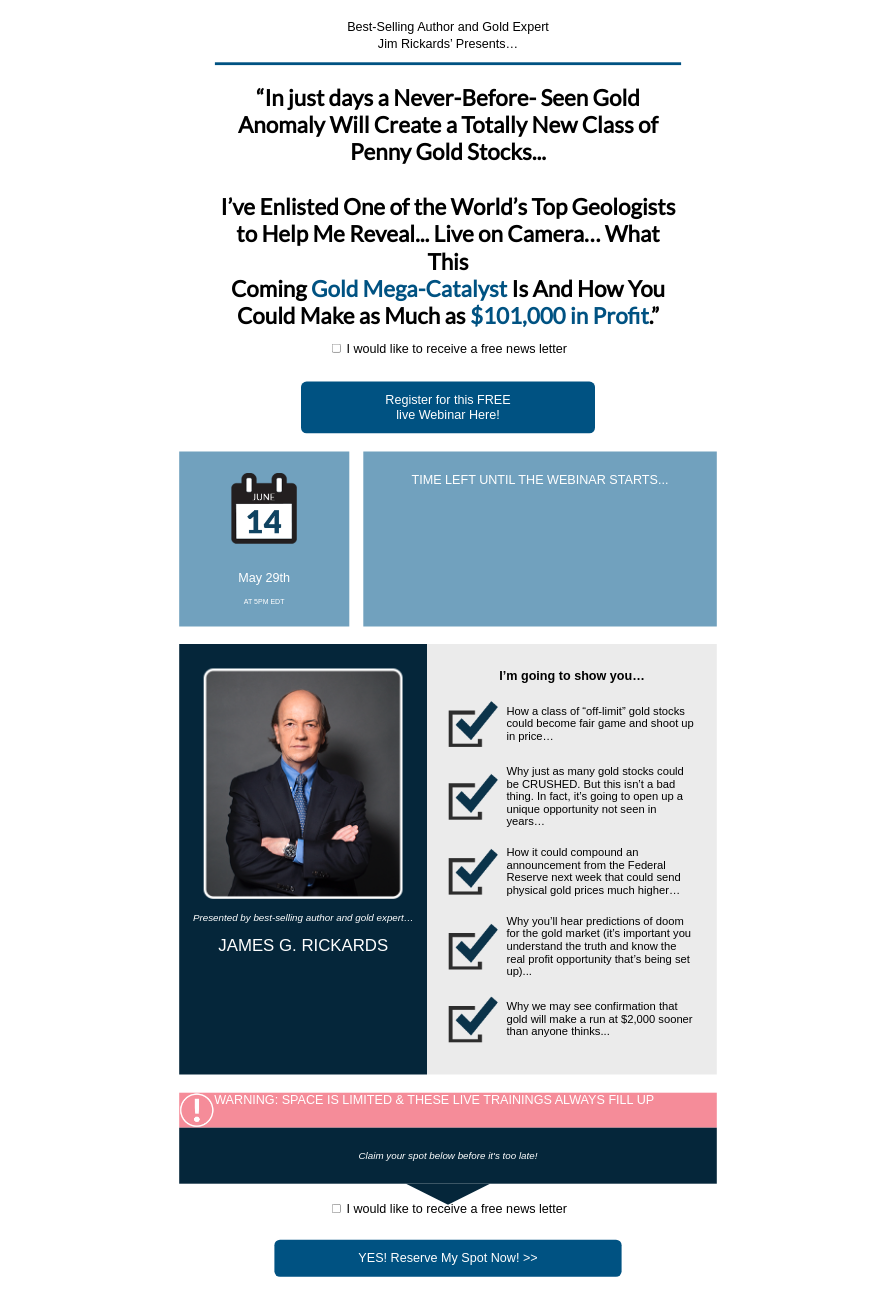
Repository: KrystellBarraza/Test
Page: index.html
An editor plug-in stored every save of this project. The page is shown before and after the next save, followed by the edit.
The browser window is 1280 px wide. The pictures show the whole page, at 70% of full size.

Above is the page before, as saved 2019-10-07 10:34:51.

### index.html
<!DOCTYPE <!DOCTYPE html>
<!--[if lt IE 7]>      <html class="no-js lt-ie9 lt-ie8 lt-ie7"> <![endif]-->
<!--[if IE 7]>         <html class="no-js lt-ie9 lt-ie8"> <![endif]-->
<!--[if IE 8]>         <html class="no-js lt-ie9"> <![endif]-->
<!--[if gt IE 8]><!--> <html class="no-js"> <!--<![endif]-->
    <head>
        <meta charset="utf-8">
        <meta http-equiv="X-UA-Compatible" content="IE=edge">
        <title>Newsletter Offer</title>
        <meta name="description" content="Newsletter">
        <meta name="viewport" content="width=device-width, initial-scale=1">
        <link href="https://fonts.googleapis.com/css?family=Lato&display=swap" rel="stylesheet">
        <link rel="stylesheet" href="style.css">
    </head>
    <body>
        <div class="container-top">
            <div class="header">
                <p>Best-Selling Author and Gold Expert<br> Jim Rickards’ Presents…</p>
            </div>

            <div class="content">
                <hr style="border: 2px solid #005282">
                <br>

                <h1>“In just days a Never-Before- Seen Gold Anomaly
                    Will Create a Totally New Class of Penny Gold Stocks...
                    <br>
                    <br>
                    I’ve Enlisted One of the World’s Top Geologists
                    to Help Me Reveal... Live on Camera… What This<br>
                    Coming <span class="highlight">Gold Mega-Catalyst</span> Is And How You Could Make
                    as Much as <span class="highlight">$101,000 in Profit</span>.”
                </h1>
                <br>

                <input type="checkbox" name="signup" value="yes"><span style="font-size: 18px; font-family: arial, sans-serif;"> I would like to receive a free news letter</span><br>
                <br>
                <br>
                <div class="button-container">
                    <button class="button button-top"><span style="font-size: 18px; font-family: arial, sans-serif; font-weight: 500;">Register for this FREE <br>live Webinar Here!</span></button>
                </div>
            </div>
        </div>

        <div class="container-middle">
            <div class="blocks blocks-left">
                <img src="images/Calendar.png">
                <br>
                <br>
                <br>
                <p style="color: #fff; font-weight: 500;">May 29th</p>
                <br>
                <span style="font-size: 10px; font-family: arial, sans-serif; text-transform: uppercase;">at 5PM EDT</span>
            </div>

            <div class="blocks blocks-right">
                <p style="color: #fff;">TIME LEFT UNTIL THE WEBINAR STARTS...</p>
            </div>
        </div>

        <div class="container-bottom">
            <div class="block-left">
                <img src="images/JimRickards.png">
                <br>
                <br>
                <p style="color: #fff; font-size: 14px; font-style: italic;">Presented by best-selling author and gold expert…</p>
                <br>
                <p style="color: #fff; font-size: 24px;">JAMES G. RICKARDS</p>
            </div>

            <div class="block-right">
                <p style="text-align: center; font-weight: bold;">I’m going to show you…</p>

                <table>
                    <tr>
                        <td><img src="images/checkmark.png"></td>
                        <td><p style="font-size: 16px;">How a class of “off-limit” gold stocks could become fair game and shoot up in price…</p></td>
                    </tr>

                    <tr>
                        <td><img src="images/checkmark.png"></td>
                        <td><p style="font-size: 16px;">Why just as many gold stocks could be CRUSHED. But this isn’t a bad thing.
                        In fact, it’s going to open up a unique opportunity not seen in years…</p></td>
                    </tr>

                    <tr>
                        <td><img src="images/checkmark.png"></td>
                        <td><p style="font-size: 16px;">How it could compound an announcement from the Federal Reserve next week
                        that could send physical gold prices much higher…</p></td>
                    </tr>

                    <tr>
                        <td><img src="images/checkmark.png"></td>
                        <td><p style="font-size: 16px;">Why you’ll hear predictions of doom for the gold market (it’s important you
                        understand the truth and know the real profit opportunity that’s being set up)...</p></td>
                    </tr>

                    <tr>
                        <td><img src="images/checkmark.png"></td>
                        <td><p style="font-size: 16px;">Why we may see confirmation that gold will make a run at $2,000 sooner than
                        anyone thinks...</p></td>
                    </tr>
                </table>
            </div>

        </div>

        <div class="container-footer">
            <div class="warning">
                <img src="images/exclamation.png" class="exclamation-mark"/>
                <p style="color: #fff;">WARNING: SPACE IS LIMITED & THESE LIVE TRAININGS ALWAYS FILL UP</p>
            </div>

            <div class="claim">
                <p style="color: #fff; font-size: 14px; font-style: italic;">Claim your spot below before it's too late!</p>
            </div>

            <div class="checkbox">
                <input type="checkbox" name="signup" value="yes"><span style="font-size: 18px; font-family: arial, sans-serif;"> I would like to receive a free news letter</span><br>
            </div>

            <div class="closing-button">
                <button class="button button-top"><span style="font-size: 18px; font-family: arial, sans-serif; font-weight: 500;">YES! Reserve My Spot Now! >></span></button>
            </div>

            <div class="footer">
                <br>
                <br>
            </div>
        </div>

        <script src="app.js" async defer></script>
    </body>
</html>

### style.css
* {
    box-sizing: border-box;
}

html {
    scroll-behavior: smooth;
}

body {
    margin: 0;
    background-color: #fff;
}

p {
    font-family: arial, sans-serif;
    color: #000;
    margin: 0;
    font-size: 18px;
}

h1 {
    font-family: "Lato", sans-serif;
    margin: 0;
}

/* Container - Top */

.container-top {
    display: grid;
    grid-template-columns: repeat(12, 1fr);
    grid-template-rows: auto 1fr 1fr;
    grid-gap: 5px;
    grid-column-gap: 20px;
    padding-left: 24%;
    padding-right: 24%;
    padding-top: 2%;
    grid-template-areas:
    "h h h h h h h h h h h h"
    "c c c c c c c c c c c c"
    "c c c c c c c c c c c c"
    "c c c c c c c c c c c c"
    "c c c c c c c c c c c c"
    "c c c c c c c c c c c c"
    "c c c c c c c c c c c c";
}

.header {
    grid-area: h;
    text-align: center;
    line-height: 19pt;
}

.content {
    grid-area: c;
    text-align: center;
}

.highlight {
    color: #005282;
}

.button {
    background-color: #005282;
    border: none;
    color: #fff;
    padding-top: 16px;
    padding-bottom: 16px;
    padding-left: 120px;
    padding-right: 120px;
    border-radius: 8px;
}

.button-container {
    align-content: center;
}

@media screen and (max-width: 415px) {
    .container-top {
        display: grid;
        grid-template-columns: repeat(12, 1fr);
        grid-template-rows: auto 1fr 1fr;
        grid-gap: 5px;
        grid-column-gap: 20px;
        padding-left: 8%;
        padding-right: 8%;
        padding-top: 7%;
        grid-template-areas:
        "h h h h h h h h h h h h"
        "c c c c c c c c c c c c"
        "c c c c c c c c c c c c"
        "c c c c c c c c c c c c"
        "c c c c c c c c c c c c"
        "c c c c c c c c c c c c"
        "c c c c c c c c c c c c";
    }

    p {
        font-size: 15px;
    }

    h1 {
        font-size: 24px;
    }

    .button {
        padding-left: 40px;
        padding-right: 40px;
    }
}

/* Container - Middle */

.container-middle {
    display: grid;
    grid-template-columns: repeat(12, 1fr);
    grid-template-rows: auto 1fr 1fr;
    grid-gap: 5px;
    grid-column-gap: 20px;
    padding-left: 20%;
    padding-right: 20%;
    padding-top: 2%;
    grid-template-areas:
    "l l l l r r r r r r r r"
    "l l l l r r r r r r r r"
    "l l l l r r r r r r r r"
    "l l l l r r r r r r r r"
    "l l l l r r r r r r r r";
}

.blocks {
    background-color: #71a1be;
    color: #fff;
    padding-top: 30px;
    padding-bottom: 30px;
}

.blocks-left {
    grid-area: l;
    text-align: center;
}

.blocks-left > img {
    object-fit: contain;
    width: 40%;
}

.blocks-right {
    grid-area: r;
    text-align: center;
}

/* Container - Bottom */

.container-bottom {
    display: grid;
    grid-template-columns: repeat(13, 1fr);
    grid-template-rows: auto 1fr 1fr;
    grid-gap: 5px;
    grid-column-gap: 0px;
    padding-left: 20%;
    padding-right: 20%;
    padding-top: 2%;
    grid-template-areas:
    "b b b b b b g g g g g g g"
    "b b b b b b g g g g g g g"
    "b b b b b b g g g g g g g"
    "b b b b b b g g g g g g g"
    "b b b b b b g g g g g g g";
}

.block-left {
    grid-area: b;
    background-color: #05263a;
    text-align: center;
    padding-top: 35px;
    padding-bottom: 35px;
}

.block-left > img {
    object-fit: contain;
    width: 80%;
}

.block-right {
    grid-area: g;
    background-color: #ebebeb;
    color: #000;
    padding-top: 35px;
    padding-bottom: 35px;
    padding-left: 20px;
    padding-right: 20px;
}

td {
    padding-top: 15px;
}

table {
    border-spacing: 10px 10px;
}

/* Container - Footer */

.container-footer {
    display: grid;
    grid-template-columns: repeat(12, 1fr);
    grid-template-rows: auto 1fr 1fr;
    grid-column-gap: 20px;
    padding-left: 20%;
    padding-right: 20%;
    padding-top: 2%;
    grid-template-areas:
    "p p p p p p p p p p p p"
    "n n n n n n n n n n n n"
    "w w w w w w w w w w w w"
    "s s s s s s s s s s s s"
    "f f f f f f f f f f f f";
}

.warning {
    grid-area: p;
    background-color: #f58c99;
    text-align: center;
    align-content: center;
    display: flex;
}

.exclamation-mark {
    width: 50px;
}

.claim {
    grid-area: n;
    background-color: #05263a;
    text-align: center;
    padding-top: 32px;
    padding-bottom: 32px;
    position: relative;
}

.claim::after {
    content:'';
    position: absolute;
    top: 100%;
    left: 0;
    right: 0;
    margin: 0 auto;
    width: 0;
    height: 0;
    border-top: solid 30px #05263a;
    border-left: solid 60px transparent;
    border-right: solid 60px transparent;
}

.checkbox {
    grid-area: w;
    text-align: center;
    padding-top: 26px;
    padding-bottom: 26px;
}

.closing-button {
    grid-area: s;
    text-align: center;
}

.footer {
    grid-area: f;
}

Loaded but not shown: app.js (no stored copy; drawn as an empty file)

After the next save:
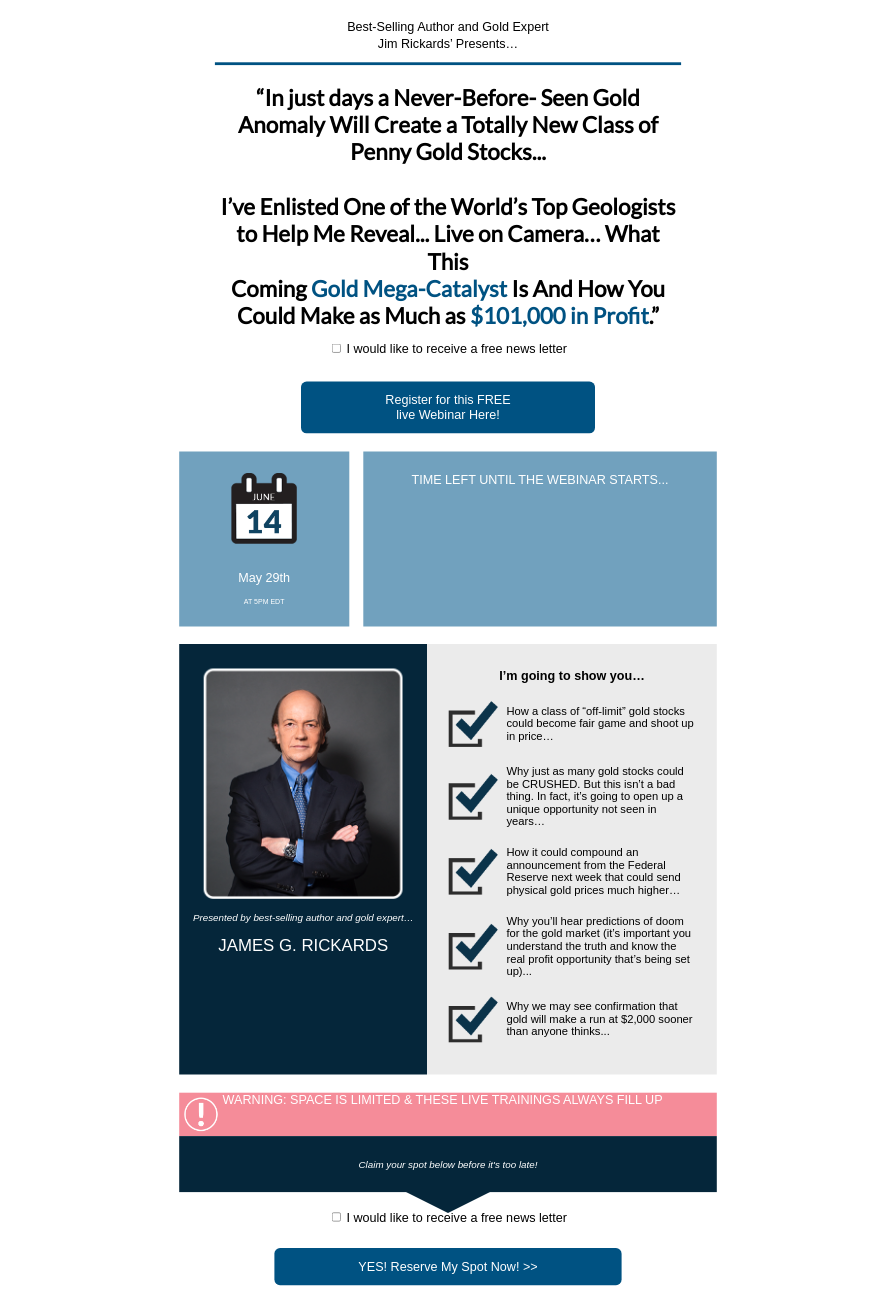
Saved 47 s later.
--- a/style.css
+++ b/style.css
@@ -227,6 +227,7 @@
 
 .exclamation-mark {
     width: 50px;
+    margin: 6px;
 }
 
 .claim {
